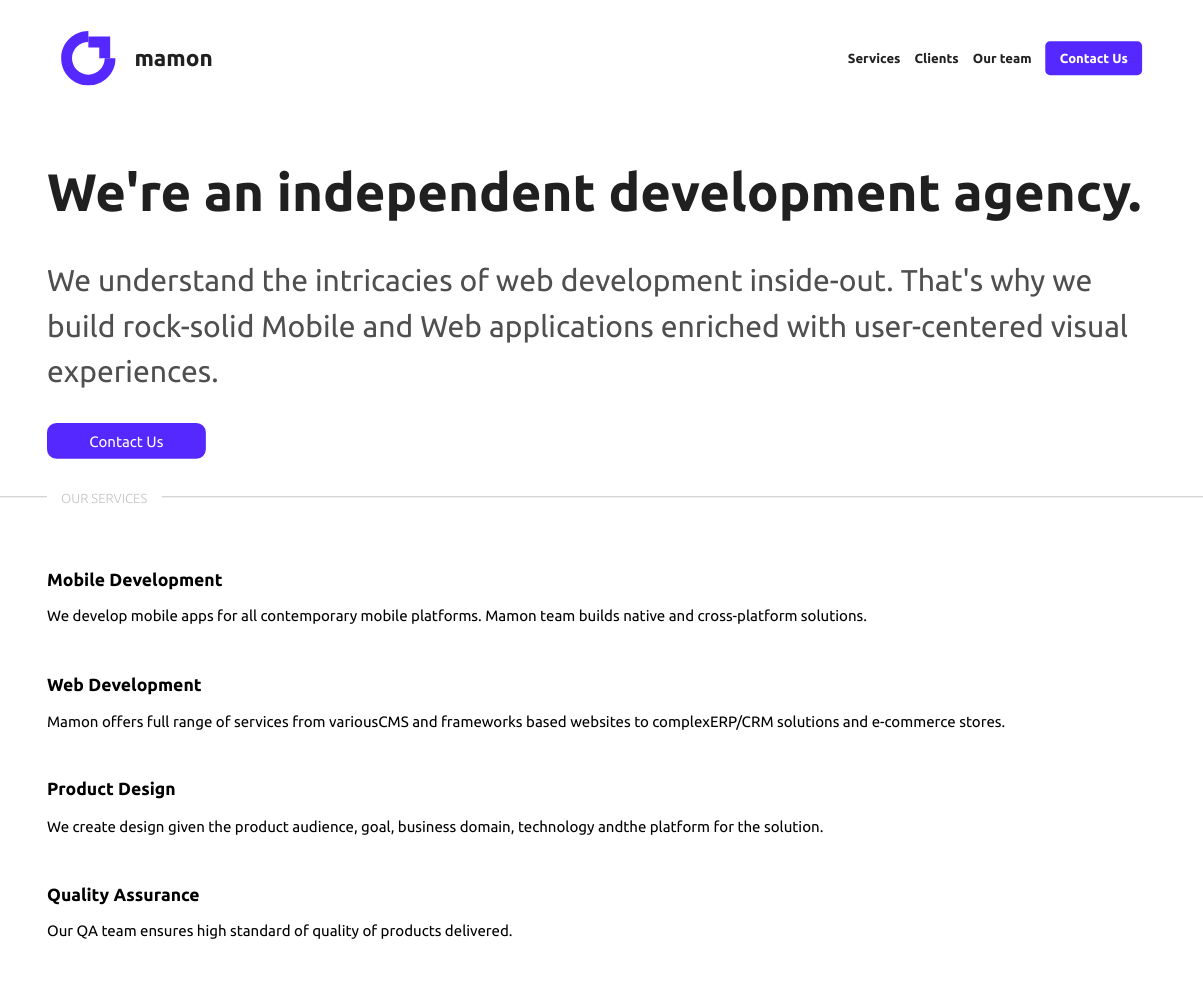
Repository: Vitalii23081984/testHGC
Page: index.html
An editor plug-in stored every save of this project. The page is shown before and after the next save, followed by the edit.
The browser window is 1280 px wide. The pictures show the whole page, at 94% of full size.

Above is the page before, as saved 2022-11-20 15:21:26.

After the next save:
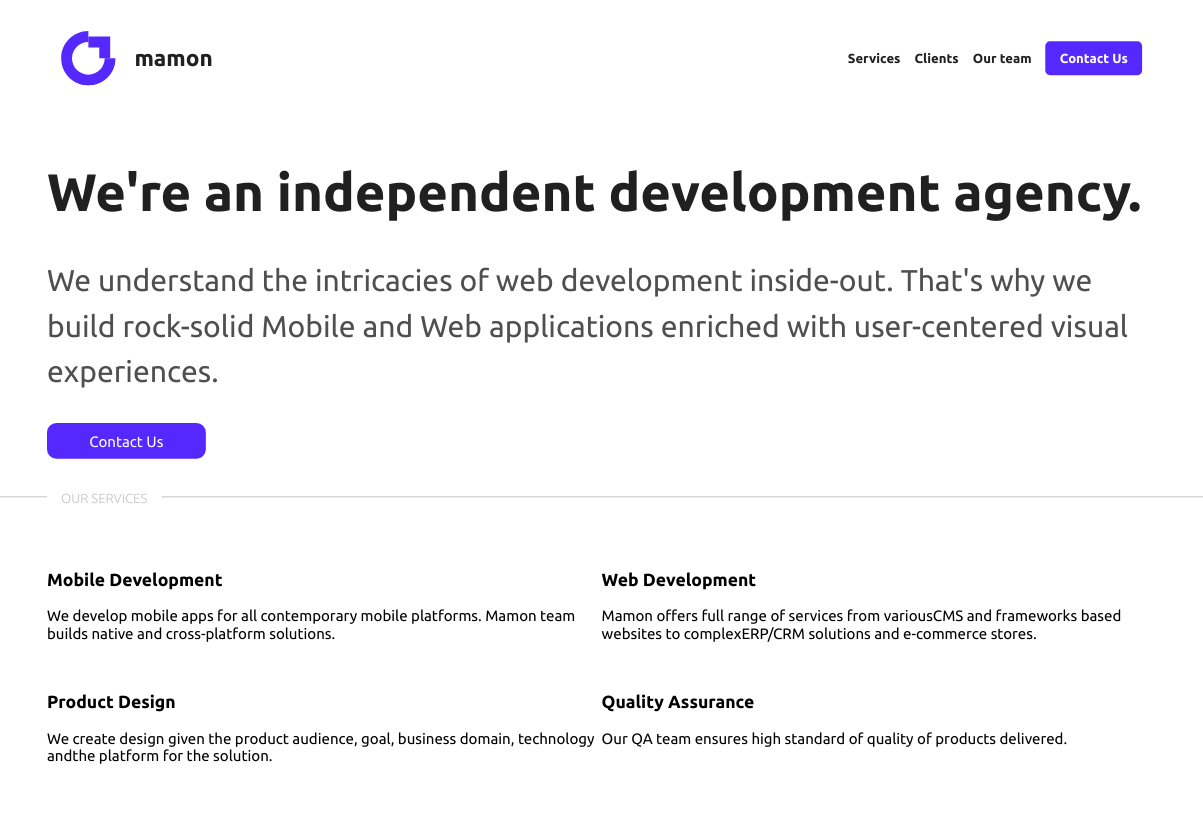
Saved 5 min 35 s later.
--- a/css/style.css
+++ b/css/style.css
@@ -101,3 +101,8 @@
     padding: 5px 15px;
     color: #c2c2c2;
 }
+.services {
+    display: grid;
+    grid-template: 50% 50% / 50% 50%;
+
+}
